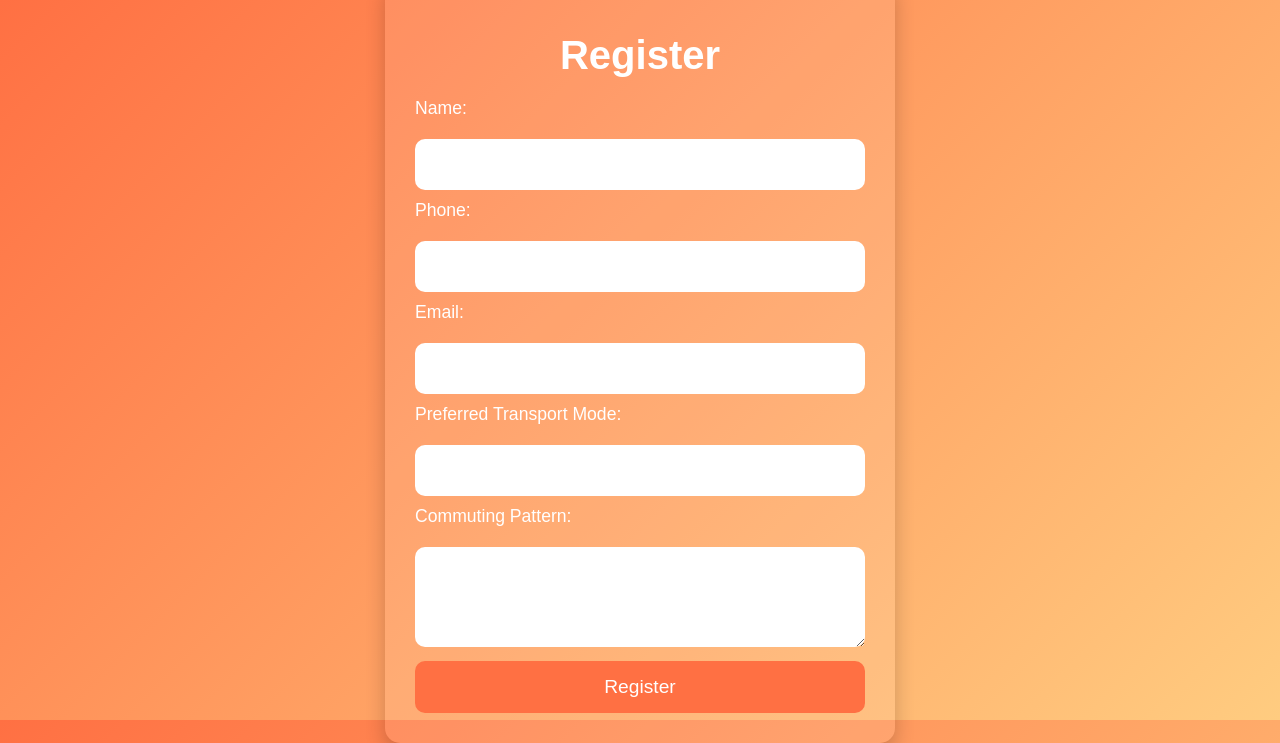
Repository: harutoNaiz/urban-mobility-system
Page: http://localhost/register
An editor plug-in stored every save of this project. The page is shown before and after the next save, followed by the edit.
The browser window is 1280 px wide. The pictures show the whole page.
The page is served by the project's application, run on Flask 3 (app.py).

Above is the page before, as saved 2024-11-13 09:14:12.

### templates/register.html
{% if session.get('user_id') %}
    {% include 'navbar1.html' %}
{% endif %}

<!DOCTYPE html>
<html lang="en">
<head>
    <meta charset="UTF-8">
    <meta name="viewport" content="width=device-width, initial-scale=1.0">
    <title>Register</title>
    <style>
        body {
            font-family: 'Arial', sans-serif;
            background: linear-gradient(135deg, #FF7043, #FFCC80);
            margin: 0;
            padding: 0;
            height: 100vh;
            display: flex;
            justify-content: center;
            align-items: center;
            color: #fff;
        }

        .container {
            background: rgba(255, 255, 255, 0.1);
            padding: 30px;
            border-radius: 15px;
            box-shadow: 0 10px 20px rgba(0, 0, 0, 0.2);
            width: 100%;
            max-width: 450px;
            text-align: center;
        }

        h1 {
            font-size: 2.5rem;
            margin-bottom: 20px;
            color: #fff;
        }

        label {
            font-size: 1.1rem;
            display: block;
            margin-bottom: 10px;
            text-align: left;
            color: #fff;
        }

        input[type="text"],
        input[type="email"],
        textarea {
            width: 100%;
            padding: 15px;
            margin: 10px 0;
            font-size: 1.1rem;
            border: none;
            border-radius: 10px;
            background-color: #fff;
            color: #333;
            box-sizing: border-box;
        }

        textarea {
            height: 100px;
        }

        button {
            width: 100%;
            padding: 15px;
            background-color: #FF7043;
            color: #fff;
            font-size: 1.2rem;
            border: none;
            border-radius: 10px;
            cursor: pointer;
            transition: background-color 0.3s ease;
        }

        button:hover {
            background-color: #F4511E;
        }

        p {
            margin-top: 20px;
            color: #fff;
        }

        a {
            color: #FFCC80;
            text-decoration: none;
            font-weight: bold;
        }

        a:hover {
            color: #fff;
        }
    </style>
</head>
<body>
    <div class="container">
        <h1>Register</h1>
        <form method="POST">
            <label for="name">Name:</label>
            <input type="text" id="name" name="name" required><br>

            <label for="phone">Phone:</label>
            <input type="text" id="phone" name="phone" required><br>

            <label for="email">Email:</label>
            <input type="email" id="email" name="email" required><br>

            <label for="preferred_transport">Preferred Transport Mode:</label>
            <input type="text" id="preferred_transport" name="preferred_transport" required><br>

            <label for="commuting_pattern">Commuting Pattern:</label>
            <textarea id="commuting_pattern" name="commuting_pattern" required></textarea><br>

            <button type="submit">Register</button>
        </form>
    </div>
</body>
</html>

### app.py
from flask import Flask, render_template, request, redirect, url_for, jsonify, session
import pymysql
import json

# Import database config
# config.py
DB_CONFIG = {
    'host': 'localhost',
    'user': 'root',
    'password': '',
    'db': 'urban_mobility1',
    'charset': 'utf8mb4',
    'cursorclass': pymysql.cursors.DictCursor
}

app = Flask(__name__)
app.secret_key = 'your_secret_key'  # Set a secret key for the session

# Connect to the MySQL database
def get_db_connection():
    return pymysql.connect(**DB_CONFIG)

@app.route('/')
def index():
    return redirect(url_for('sign_in'))

# Sign-in page for existing users
@app.route('/sign_in', methods=['GET', 'POST'])
def sign_in():
    if request.method == 'POST':
        email = request.form['email']
        connection = get_db_connection()
        with connection.cursor() as cursor:
            cursor.execute("SELECT * FROM Users WHERE JSON_UNQUOTE(JSON_EXTRACT(ContactInfo, '$.Email')) = %s", (email,))
            user = cursor.fetchone()
        connection.close()

        if user:
            # Store the user ID in the session
            session['user_id'] = user['UserID']
            # Redirect to route selection page
            return redirect(url_for('select_route'))
        else:
            return "User not found", 404

    return render_template('sign_in.html')

# Register a new user
@app.route('/register', methods=['GET', 'POST'])
def register_user():
    if request.method == 'POST':
        name = request.form['name']
        phone = request.form['phone']
        email = request.form['email']
        preferred_transport = request.form['preferred_transport']
        commuting_pattern = request.form['commuting_pattern']

        # Create ContactInfo JSON
        contact_info = json.dumps({
            'Phone': phone,
            'Email': email
        })

        connection = get_db_connection()
        with connection.cursor() as cursor:
            sql = "INSERT INTO Users (Name, ContactInfo, PreferredTransportMode, CommutingPattern) VALUES (%s, %s, %s, %s)"
            cursor.execute(sql, (name, contact_info, preferred_transport, commuting_pattern))
            new_user_id = cursor.lastrowid
            connection.commit()
        connection.close()

        # Store the new user ID in the session
        session['user_id'] = new_user_id

        # Redirect to the route selection page
        return redirect(url_for('select_route'))

    return render_template('register.html')

# Route selection with congestion suggestion
@app.route('/select_route', methods=['GET', 'POST'])
def select_route():
    # Get the user ID from the session
    user_id = session.get('user_id')

    if request.method == 'POST':
        route_id = request.form['route_id']

        # Check congestion level for the selected route
        connection = get_db_connection()
        with connection.cursor() as cursor:
            cursor.execute("SELECT CheckTrafficWarning(%s) AS traffic_warning", (route_id,))
            traffic_warning = cursor.fetchone()['traffic_warning']
        connection.close()

        if traffic_warning:
            return render_template('congestion_warning.html', traffic_warning=traffic_warning, route_id=route_id, user_id=user_id)
        else:
            return redirect(url_for('suggest_routes', route_id=route_id, user_id=user_id))

    # Fetch available routes for user
    connection = get_db_connection()
    with connection.cursor() as cursor:
        cursor.execute("SELECT * FROM Routes")
        routes = cursor.fetchall()
    connection.close()

    return render_template('select_route.html', routes=routes, user_id=user_id)

# Handle budget input and show options
@app.route('/suggest_routes', methods=['POST'])
def suggest_routes():
    # Get the user ID from the session
    user_id = session.get('user_id')

    if not user_id:
        return jsonify({'message': 'User not authenticated.'}), 401

    budget = float(request.form['budget'])
    route_id = int(request.form['route_id'])

    connection = get_db_connection()
    with connection.cursor() as cursor:
        sql = """
        SELECT Journeys.JourneyID, Journeys.TransportModeID, MIN(JourneyCost) AS Cost
        FROM Journeys
        WHERE StartLocation = (SELECT StartPoint FROM Routes WHERE RouteID = %s)
        AND EndLocation = (SELECT EndPoint FROM Routes WHERE RouteID = %s)
        AND JourneyCost <= %s
        GROUP BY Journeys.JourneyID, Journeys.TransportModeID
        ORDER BY Cost
        """

        cursor.execute(sql, (route_id, route_id, budget))  # Ensure using %s placeholders here
        suggested_routes = cursor.fetchall()
    connection.close()

    return render_template('payment.html', suggested_routes=suggested_routes, user_id=user_id)


@app.route('/process_booking', methods=['POST'])
def process_booking():
    # Get the user ID from the session
    user_id = session.get('user_id')

    if not user_id:
        return jsonify({'message': 'User not authenticated.'}), 401

    transport_mode_id = int(request.form['transport_mode_id'])
    journey_cost = float(request.form['cost'])
    payment_method = request.form['payment_method']

    connection = get_db_connection()
    with connection.cursor() as cursor:
        # Check capacity
        cursor.execute("SELECT Capacity, CurrentOccupancy FROM TransportModes WHERE TransportModeID = %s", (transport_mode_id,))
        transport_mode = cursor.fetchone()

        if transport_mode['CurrentOccupancy'] < transport_mode['Capacity']:
            # Proceed with booking
            cursor.execute("""
            INSERT INTO Journeys (StartLocation, EndLocation, StartTime, JourneyCost, TransportModeID)
            VALUES ('Unknown Start', 'Unknown End', NOW(), %s, %s)
            """, (journey_cost, transport_mode_id))
            connection.commit()

            # Update occupancy
            cursor.execute("UPDATE TransportModes SET CurrentOccupancy = CurrentOccupancy + 1 WHERE TransportModeID = %s", (transport_mode_id,))
            connection.commit()

            # Record payment
            cursor.execute("""
            INSERT INTO Payments (UserID, ProviderID, Amount, PaymentDate, PaymentMethod, DiscountApplied)
            VALUES (%s, (SELECT ProviderID FROM TransportModes WHERE TransportModeID = %s), %s, NOW(), %s, 0)
            """, (user_id, transport_mode_id, journey_cost, payment_method))
            connection.commit()
        else:
            return jsonify({'message': 'Capacity exceeded. Booking failed.'}), 400

    connection.close()
    return jsonify({'message': 'Booking and payment successful!'}), 200

@app.route('/logout')
def logout():
    session.pop('user_id', None)  # Remove user ID from session
    return redirect(url_for('sign_in'))  # Redirect to sign-in page


if __name__ == '__main__':
    app.run(debug=True)

After the next save:
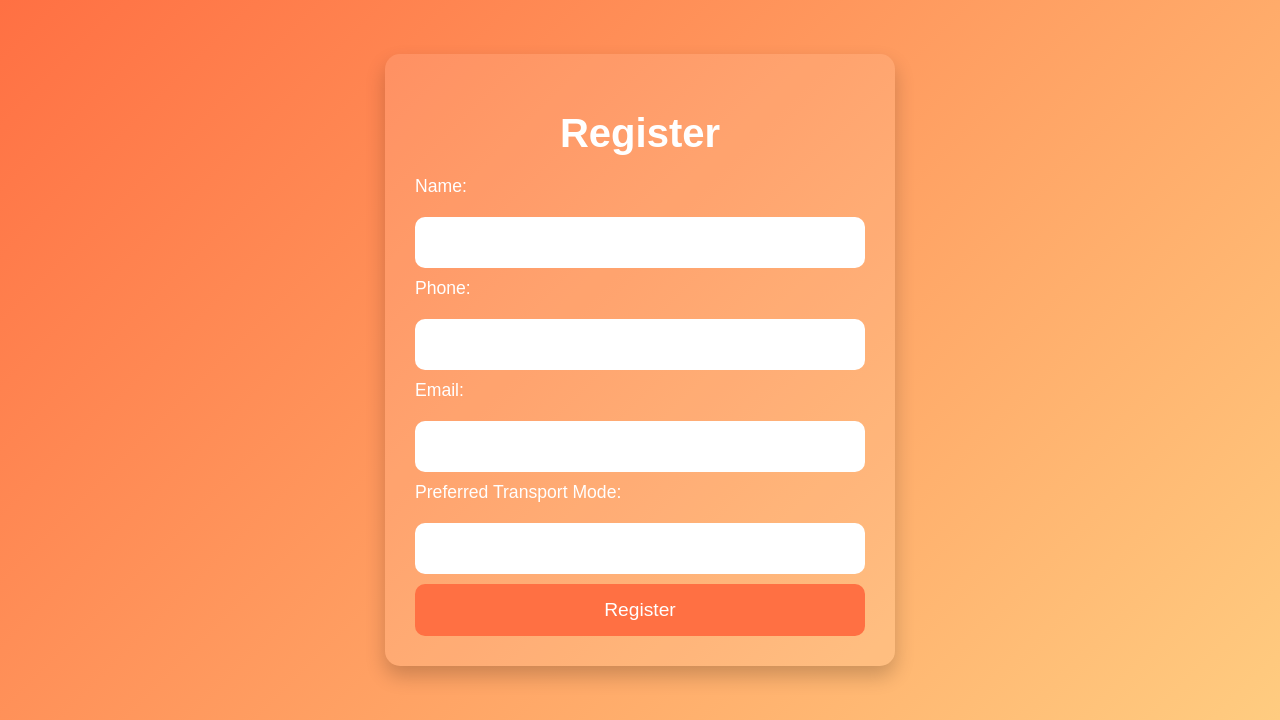
Saved 26 s later.
--- a/templates/register.html
+++ b/templates/register.html
@@ -111,9 +111,6 @@
             <label for="preferred_transport">Preferred Transport Mode:</label>
             <input type="text" id="preferred_transport" name="preferred_transport" required><br>
 
-            <label for="commuting_pattern">Commuting Pattern:</label>
-            <textarea id="commuting_pattern" name="commuting_pattern" required></textarea><br>
-
             <button type="submit">Register</button>
         </form>
     </div>
